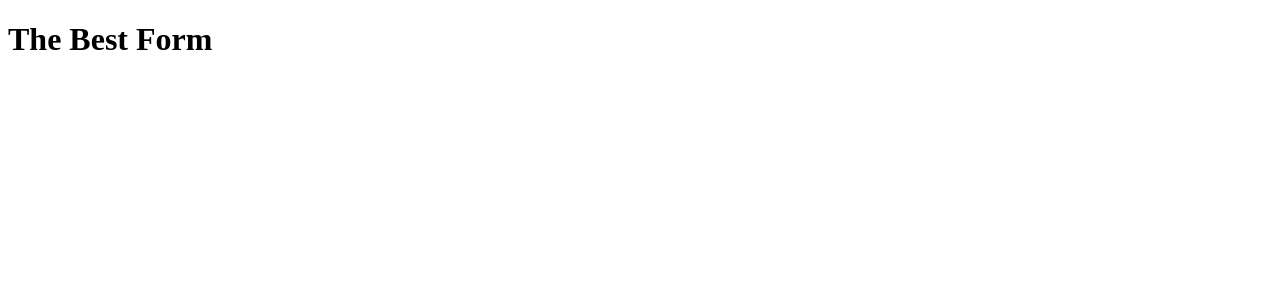
Repository: github-patrixweb/cosw30
Page: labwork/lab2/form.html
The author's editor kept a record of every edit. The page is drawn from the files as they stood at one moment, then again after the next edit.
The browser window is 1280 px wide. The pictures show the whole page.

Above is the page before.

After the next edit:
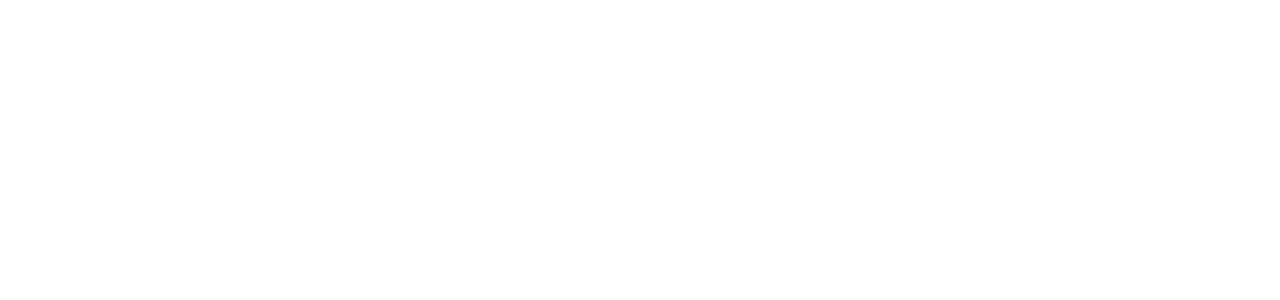
The edit:
--- a/labwork/lab2/form.html
+++ b/labwork/lab2/form.html
@@ -15,7 +15,7 @@
 
 <form action="handle_form.php" method="post">
 
-<h1>The Best Form</h1>
+
 
 
 

After the edit that followed:
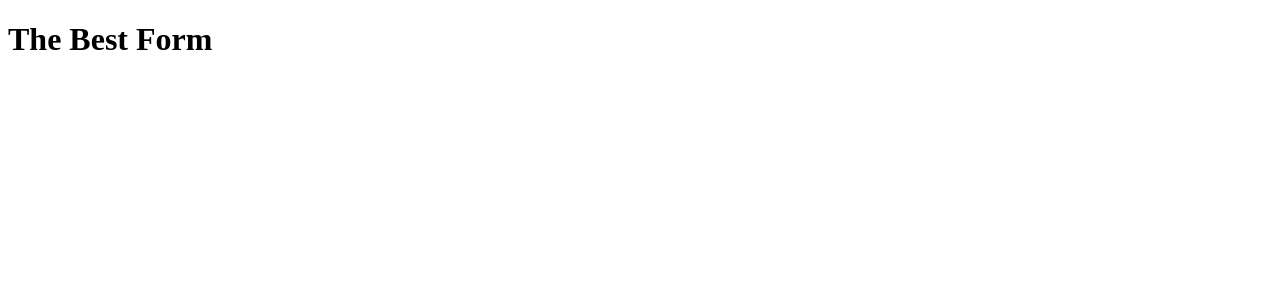
The edit:
--- a/labwork/lab2/form.html
+++ b/labwork/lab2/form.html
@@ -11,7 +11,7 @@
 	</style>
 </head>
 <body>
-<!-- Script 2.1 - form.html -->
+<h1>The Best Form</h1>
 
 <form action="handle_form.php" method="post">
 
